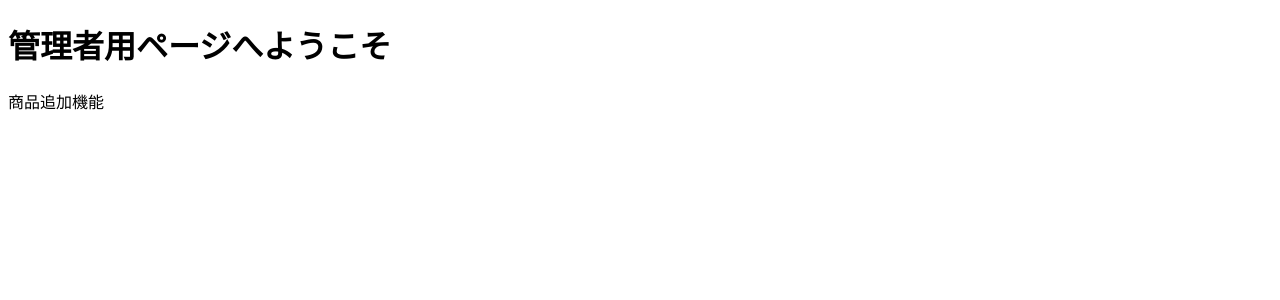
Repository: MurayamaMura/ecsite
Page: http://localhost/ecsite/managerLogin.jsp
An editor plug-in stored every save of this project. The page is shown before and after the next save, followed by the edit.
The browser window is 1280 px wide. The pictures show the whole page.
The page is served by Tomcat 9.

Above is the page before, as saved 2018-07-27 18:12:42.

After the next save:
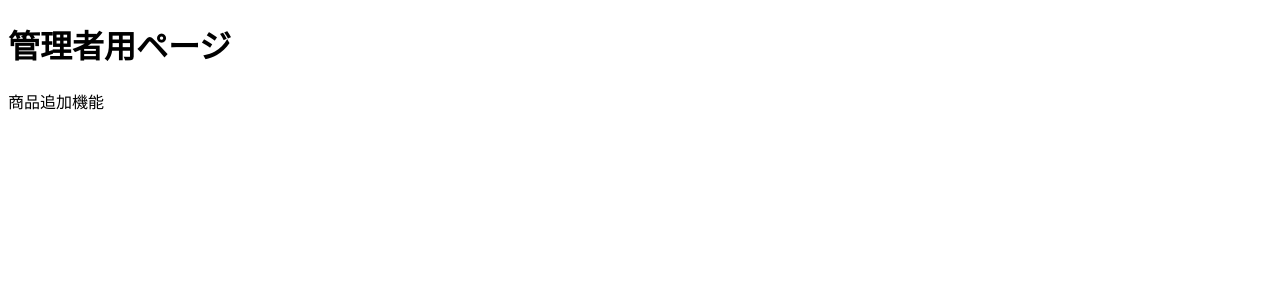
Saved 2 min 41 s later.
--- a/ecsite/WebContent/managerLogin.jsp
+++ b/ecsite/WebContent/managerLogin.jsp
@@ -9,7 +9,7 @@
 <title>ManagerPage</title>
 </head>
 <body>
-<h1>管理者用ページへようこそ</h1>
+<h1>管理者用ページ</h1>
 <p>商品追加機能</p>
 </body>
 </html>
